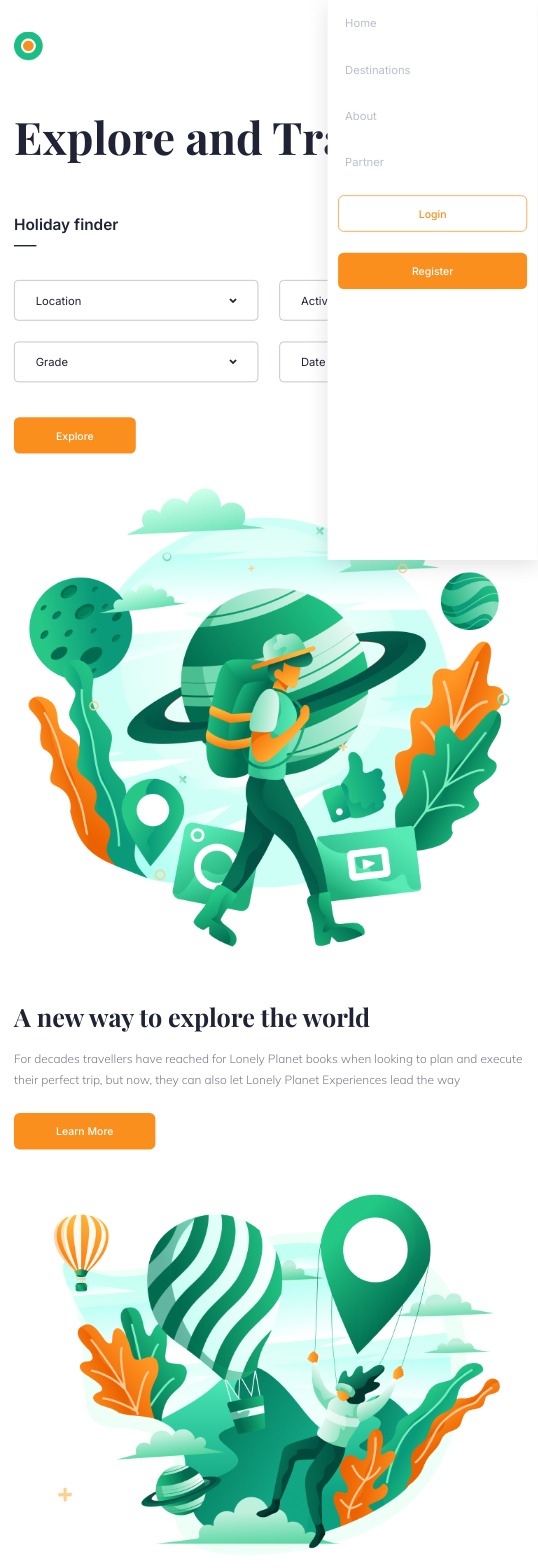
Repository: long5122000/sunny
Page: index.html
These files come from the project's save history. The page is drawn as it stood at one moment and after the next save; the edit follows.
The browser window is 768 px wide. The pictures show the part of the page from y = 0 to 2240 px (the page is 4786 px tall), at 70% of full size.
The style sheet was rebuilt from its Sass, Less or Tailwind sources for each picture, by a compiler version that may differ from the author's.

Above is the page before, as saved 2021-11-25 21:41:58.

After the next save:
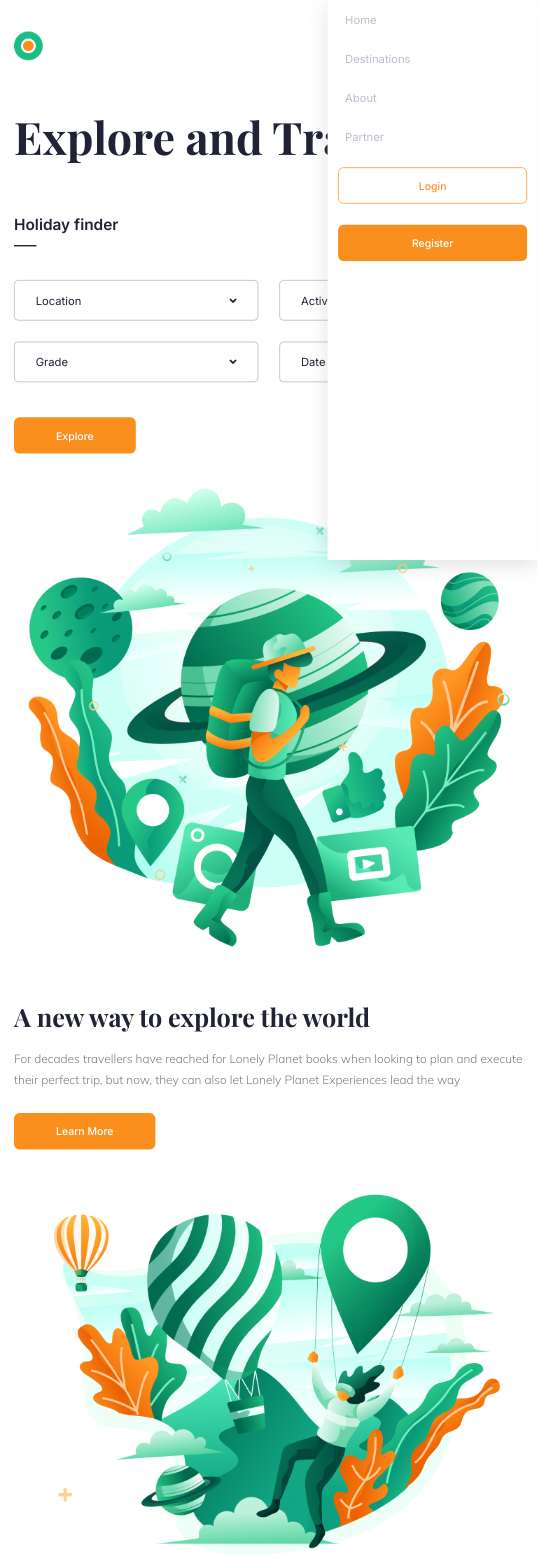
Saved 22 s later.
--- a/sass/_menu.scss
+++ b/sass/_menu.scss
@@ -18,7 +18,7 @@
     z-index: 9;
     &-link {
       display: block;
-      padding: 25px;
+      padding: 20px 25px;
       width: 100%;
     }
     &-item:last-child,
